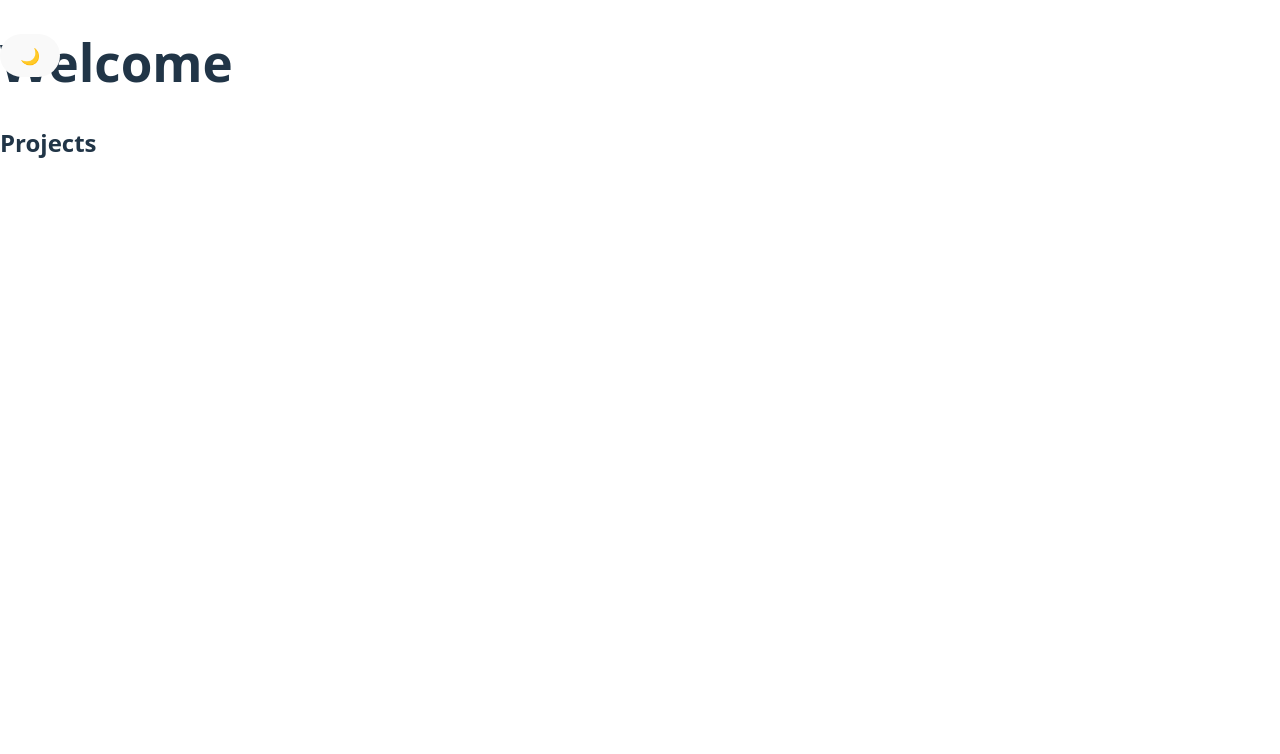
Repository: him021204/Task-Manager
Page: / (app in client/)
The author's editor kept a copy of each file at every save. The page is drawn from the files as they stood at one save, then again after the next save.
The browser window is 1280 px wide. The pictures show the whole page.
The page's requests for data from a server got no answer. The project was rebuilt for these pictures with package versions that can differ from the ones it lists, and the page was loaded fresh each time. No one was signed in, and anything a server would have sent is missing. Also part of the build but not shown: client/vite.config.js, client/src/pages/Login.jsx, client/src/pages/Register.jsx, client/src/pages/Analytics.jsx, client/src/pages/CalendarView.jsx.

Above is the page before, as saved 2025-06-15 15:33:17.

### client/src/App.jsx
import { useState } from 'react';
import { BrowserRouter as Router, Routes, Route } from 'react-router-dom';
import { SocketProvider } from './context/SocketContext';
import { AuthProvider } from './context/AuthContext';
import Dashboard from './pages/Dashboard';
import Login from './pages/Login';
import Register from './pages/Register';
import Analytics from './pages/Analytics';
import CalendarView from './pages/CalendarView';
import { ToastContainer } from 'react-toastify';
import 'react-toastify/dist/ReactToastify.css';

// Dark mode toggle as a separate component
const DarkModeToggle = ({ dark, setDark }) => (
  <button
    onClick={() => setDark(!dark)}
    className="fixed top-2 right-2 z-50 p-2 rounded-full bg-gray-200 dark:bg-gray-700"
    aria-label="Toggle dark mode"
    title="Toggle dark mode"
  >
    {dark ? '🌞' : '🌙'}
  </button>
);

const App = () => {
  const [dark, setDark] = useState(false);

  return (
    <div className={dark ? 'dark min-h-screen bg-gray-900 text-white' : 'min-h-screen bg-gray-100 text-black'}>
      <AuthProvider>
        <SocketProvider>
          <Router>
            <DarkModeToggle dark={dark} setDark={setDark} />
            <main className="pt-12 px-2 max-w-7xl mx-auto">
              <Routes>
                <Route path="/" element={<Dashboard />} />
                <Route path="/login" element={<Login />} />
                <Route path="/register" element={<Register />} />
                <Route path="/analytics" element={<Analytics />} />
                <Route path="/calendar" element={<CalendarView />} />
                {/* Add more routes here as needed */}
              </Routes>
            </main>
          </Router>
          <ToastContainer position="top-right" autoClose={3000} />
        </SocketProvider>
      </AuthProvider>
    </div>
  );
};

export default App;

### client/src/context/SocketContext.jsx
import { createContext, useContext, useEffect } from 'react';
import { socket } from '../utils/socket';

const SocketContext = createContext();

export const SocketProvider = ({ children }) => {
  useEffect(() => {
    return () => socket.disconnect();
  }, []);

  return (
    <SocketContext.Provider value={socket}>
      {children}
    </SocketContext.Provider>
  );
};

export const useSocket = () => useContext(SocketContext);

### client/src/context/AuthContext.jsx
import { createContext, useContext, useEffect, useState } from 'react';
import axios from 'axios';

export const AuthContext = createContext();

export const AuthProvider = ({ children }) => {
  const [user, setUser] = useState(null);
  const [token, setToken] = useState(localStorage.getItem('token'));

  useEffect(() => {
    if (token) {
      axios.defaults.headers.common['Authorization'] = `Bearer ${token}`;
      setUser(JSON.parse(localStorage.getItem('user')));
    }
  }, [token]);

  const login = (data) => {
    localStorage.setItem('token', data.token);
    localStorage.setItem('user', JSON.stringify(data.user));
    setUser(data.user);
    setToken(data.token);
  };

  const logout = () => {
    localStorage.clear();
    setUser(null);
    setToken(null);
  };

  return (
    <AuthContext.Provider value={{ user, login, logout }}>
      {children}
    </AuthContext.Provider>
  );
};

export const useAuth = () => useContext(AuthContext);

### client/src/pages/Dashboard.jsx
import { useEffect, useState } from 'react';
import axios from 'axios';
import { useAuth } from '../context/AuthContext';

const Dashboard = () => {
  const { user } = useAuth();
  const [projects, setProjects] = useState([]);

  useEffect(() => {
    if (user) {
      axios.get('http://localhost:5000/api/projects', {
        headers: {
          Authorization: `Bearer ${localStorage.getItem('token')}`
        }
      }).then(res => setProjects(res.data));
    }
  }, [user]);

  return (
    <div className="p-8">
      <h1 className="text-2xl font-bold mb-4">Welcome {user?.name}</h1>
      <h2 className="text-lg font-semibold">Projects</h2>
      <ul>
        {projects.map(p => (
          <li key={p._id} className="border p-2 mb-2">{p.title}</li>
        ))}
      </ul>
    </div>
  );
};

export default Dashboard;

### client/src/utils/socket.js
import { io } from 'socket.io-client';
export const socket = io('http://localhost:5000'); // or your production URL

Loaded but not shown: client/index.html (common file); client/src/main.jsx (common file); client/src/index.css (common file)

After the next save:
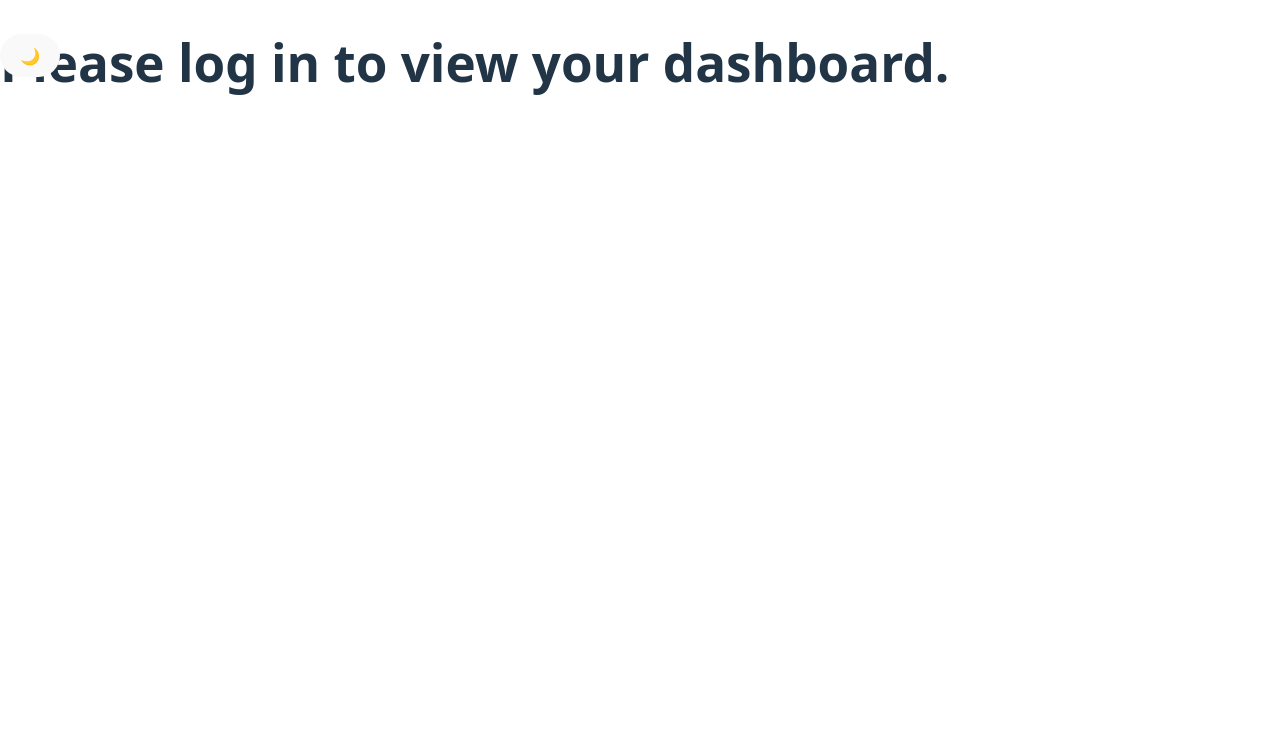
Saved 5 min 10 s later.
--- a/client/src/pages/Dashboard.jsx
+++ b/client/src/pages/Dashboard.jsx
@@ -5,24 +5,44 @@ import { useAuth } from '../context/AuthContext';
 const Dashboard = () => {
   const { user } = useAuth();
   const [projects, setProjects] = useState([]);
+  const [loading, setLoading] = useState(true);
+  const [error, setError] = useState('');
 
   useEffect(() => {
     if (user) {
-      axios.get('http://localhost:5000/api/projects', {
-        headers: {
-          Authorization: `Bearer ${localStorage.getItem('token')}`
-        }
-      }).then(res => setProjects(res.data));
+      setLoading(true);
+      axios
+        .get(`${import.meta.env.VITE_API_BASE_URL}/projects`, {
+          headers: {
+            Authorization: `Bearer ${localStorage.getItem('token')}`,
+          },
+        })
+        .then((res) => setProjects(res.data))
+        .catch((err) => setError('Failed to load projects'))
+        .finally(() => setLoading(false));
     }
   }, [user]);
+
+  if (!user) {
+    return (
+      <div className="p-8">
+        <h1 className="text-2xl font-bold mb-4">Please log in to view your dashboard.</h1>
+      </div>
+    );
+  }
 
   return (
     <div className="p-8">
       <h1 className="text-2xl font-bold mb-4">Welcome {user?.name}</h1>
-      <h2 className="text-lg font-semibold">Projects</h2>
+      <h2 className="text-lg font-semibold mb-2">Projects</h2>
+      {loading && <div>Loading projects...</div>}
+      {error && <div className="text-red-500">{error}</div>}
       <ul>
-        {projects.map(p => (
-          <li key={p._id} className="border p-2 mb-2">{p.title}</li>
+        {projects.length === 0 && !loading && <li>No projects found.</li>}
+        {projects.map((p) => (
+          <li key={p._id} className="border p-2 mb-2 rounded bg-white dark:bg-gray-800">
+            {p.title}
+          </li>
         ))}
       </ul>
     </div>
